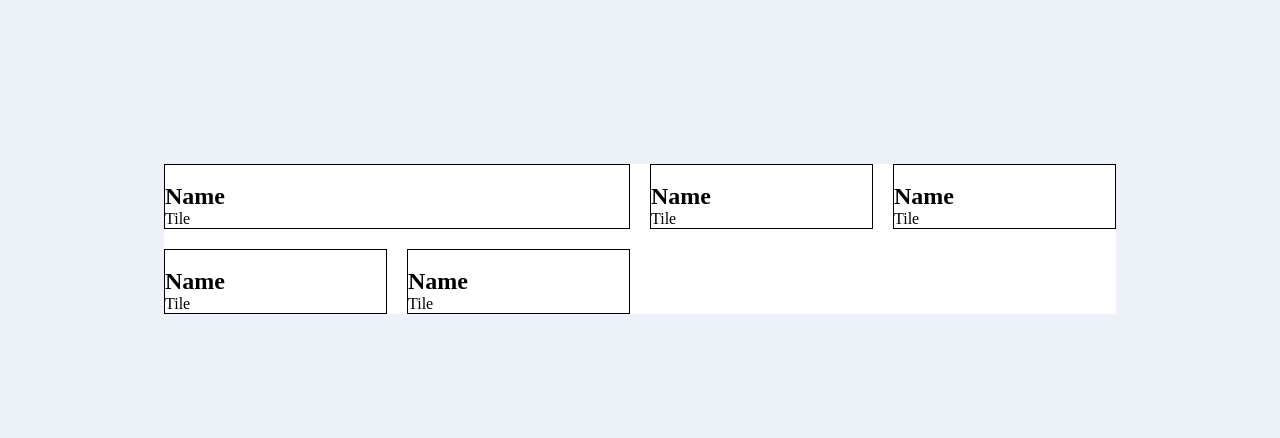
Repository: brandontaylor1/testimonial-card
Page: index.html
An editor plug-in stored every save of this project. The page is shown before and after the next save, followed by the edit.
The browser window is 1280 px wide. The pictures show the whole page.

Above is the page before, as saved 2025-01-10 22:41:36.

### index.html
<!DOCTYPE html>
<html lang="en">
<head>
    <meta charset="UTF-8">
    <meta name="viewport" content="width=device-width, initial-scale=1.0">
    <link rel="preconnect" href="https://fonts.googleapis.com">
    <link rel="preconnect" href="https://fonts.gstatic.com" crossorigin>
    <link href="https://fonts.googleapis.com/css2?family=Barlow+Semi+Condensed:ital,wght@0,100;0,200;0,300;0,400;0,500;0,600;0,700;0,800;0,900;1,100;1,200;1,300;1,400;1,500;1,600;1,700;1,800;1,900&display=swap" rel="stylesheet">
    <link rel="stylesheet" href="styles.css">
    <title>Testimonial Grid </title>
</head>
<body>
    <section class="container">
        <main class="testimonial-grid">
            <div class="card" id="card-1">
                <div class="profile-content">
                    <img src="" alt="" class="profile-img">
                    <div class="profile-text">
                        <h2>Name</h2>
                        <p>Tile</p>
                    </div>
                </div>
                <h1 class="card-heading"></h1>
                <h2 class="card-subheading"></h2>
            </div>
            <div class="card">
                <div class="profile-content">
                    <img src="" alt="" class="profile-img">
                    <div class="profile-text">
                        <h2>Name</h2>
                        <p>Tile</p>
                    </div>
                </div>
                <h1 class="card-heading"></h1>
                <h2 class="card-subheading"></h2>
            </div>
            <div class="card" id="card-3">
                <div class="profile-content">
                    <img src="" alt="" class="profile-img">
                    <div class="profile-text">
                        <h2>Name</h2>
                        <p>Tile</p>
                    </div>
                </div>
                <h1 class="card-heading"></h1>
                <h2 class="card-subheading"></h2>
            </div>
            <div class="card">
                <div class="profile-content">
                    <img src="" alt="" class="profile-img">
                    <div class="profile-text">
                        <h2>Name</h2>
                        <p>Tile</p>
                    </div>
                </div>
                <h1 class="card-heading"></h1>
                <h2 class="card-subheading"></h2>
            </div>
            <div class="card">
                <div class="profile-content">
                    <img src="" alt="" class="profile-img">
                    <div class="profile-text">
                        <h2>Name</h2>
                        <p>Tile</p>
                    </div>
                </div>
                <h1 class="card-heading"></h1>
                <h2 class="card-subheading"></h2>
            </div>
        </main>
    </section>
</body>
</html>

### styles.css
* {
    margin: 0;
    padding: 0;
    box-sizing: border-box;
}

:root {

    --primary-moderate-violet: hsl(263, 55%, 52%);
    --primary-very-dark-grayish-blue: hsl(217, 19%, 35%);
    --primary-very-dark-blackish-blue: hsl(219, 29%, 14%);
    --primary-white: hsl(0, 0%, 100%);

    --secondary-neurtal-light-gray: hsl(0, 0%, 81%);
    --seconday-light-grayish-blue: hsl(210, 46%, 95%);
}

body {
    background-color: #ECF2F8;
    padding: 164px
}

.testimonial-grid {
    display: grid;
    grid-template-columns: repeat(4, 1fr);
    grid-template-rows: repeat(2, 1fr);
    gap: 20px;
    background-color: var(--primary-white);
}

.card {
    border: 1px solid black;
    height: 100%;
}

#card-1 {
    grid-column: 1 / 3;
}

After the next save:
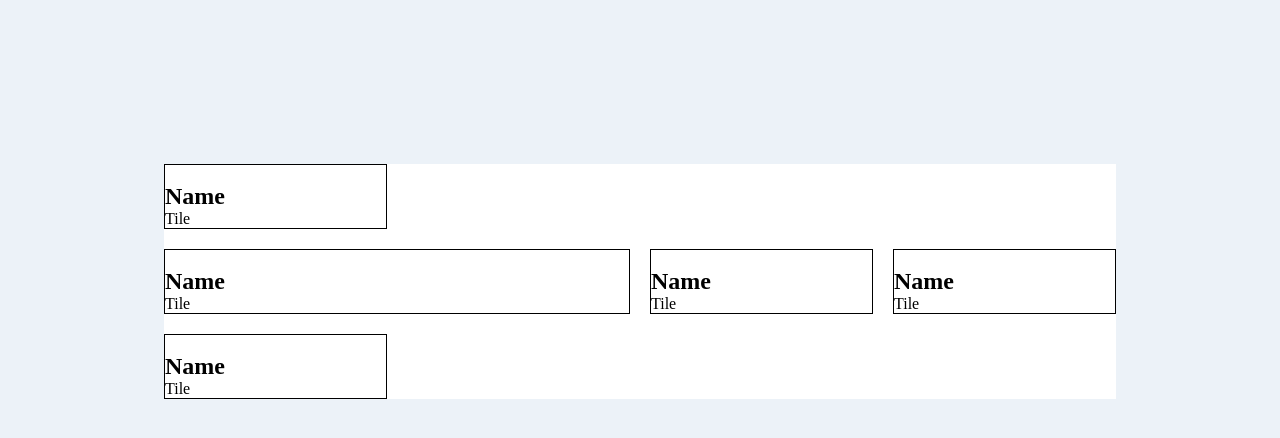
Saved 43 s later.
--- a/styles.css
+++ b/styles.css
@@ -36,3 +36,7 @@ body {
 #card-1 {
     grid-column: 1 / 3;
 }
+
+#card-3 {
+    grid-row: 1 / 3;
+}
